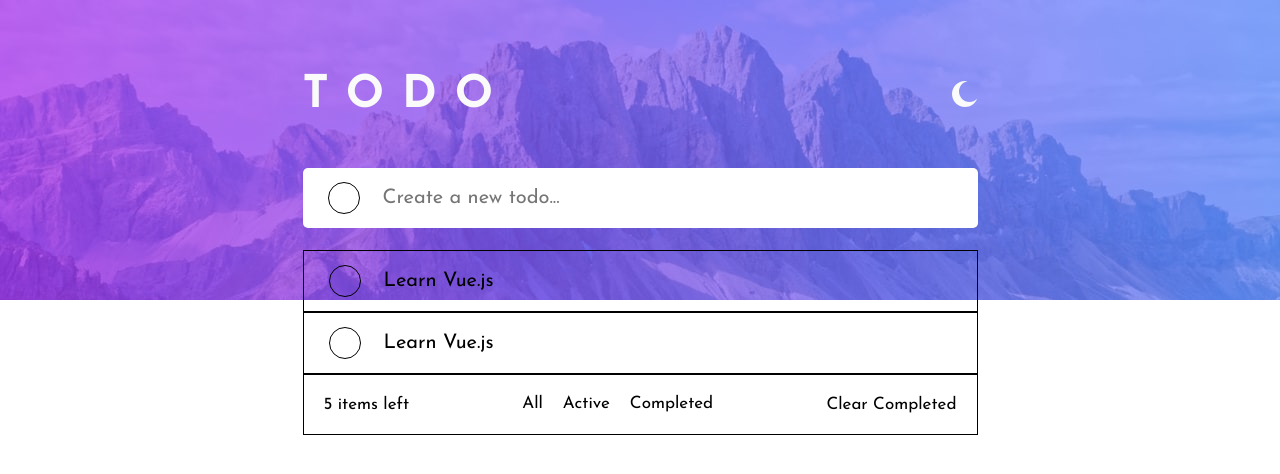
Repository: tomas938/todo-app
Page: /
An editor plug-in stored every save of this project. The page is shown before and after the next save, followed by the edit.
The browser window is 1280 px wide. The pictures show the whole page.
The project was rebuilt for these pictures with package versions that can differ from the ones it lists, and the page was loaded fresh each time.

Above is the page before, as saved 2021-08-18 11:51:08.

After the next save:
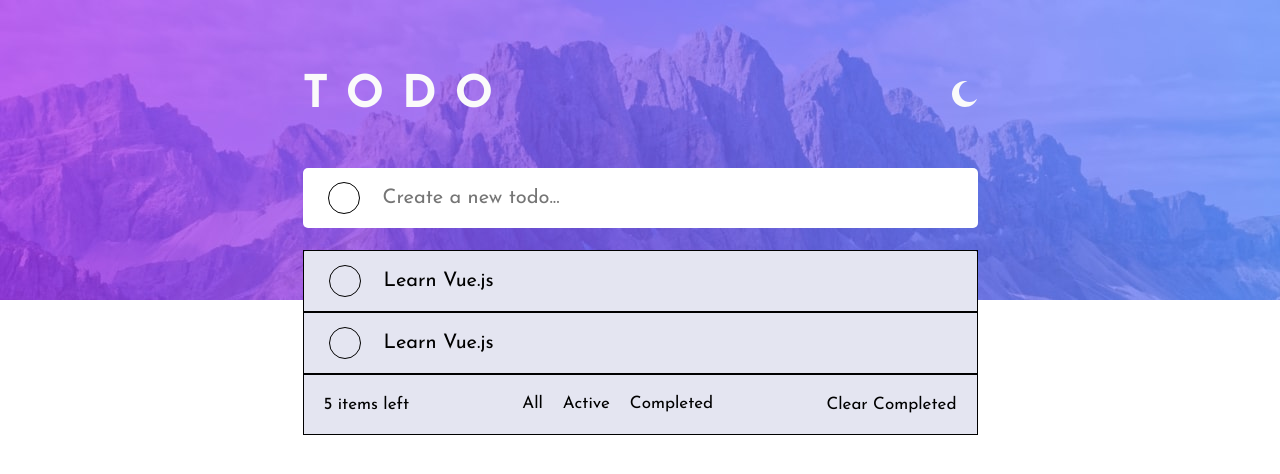
Saved 20 s later.
--- a/src/App.vue
+++ b/src/App.vue
@@ -5,7 +5,7 @@
 <style lang="scss">
 @import "/src/scss/_variables";
 :root {
-	--bg-color: $very-light-grayish-blue;
+	--bg-color: hsl(236, 33%, 92%);
 }
 * {
 	margin: 0;
